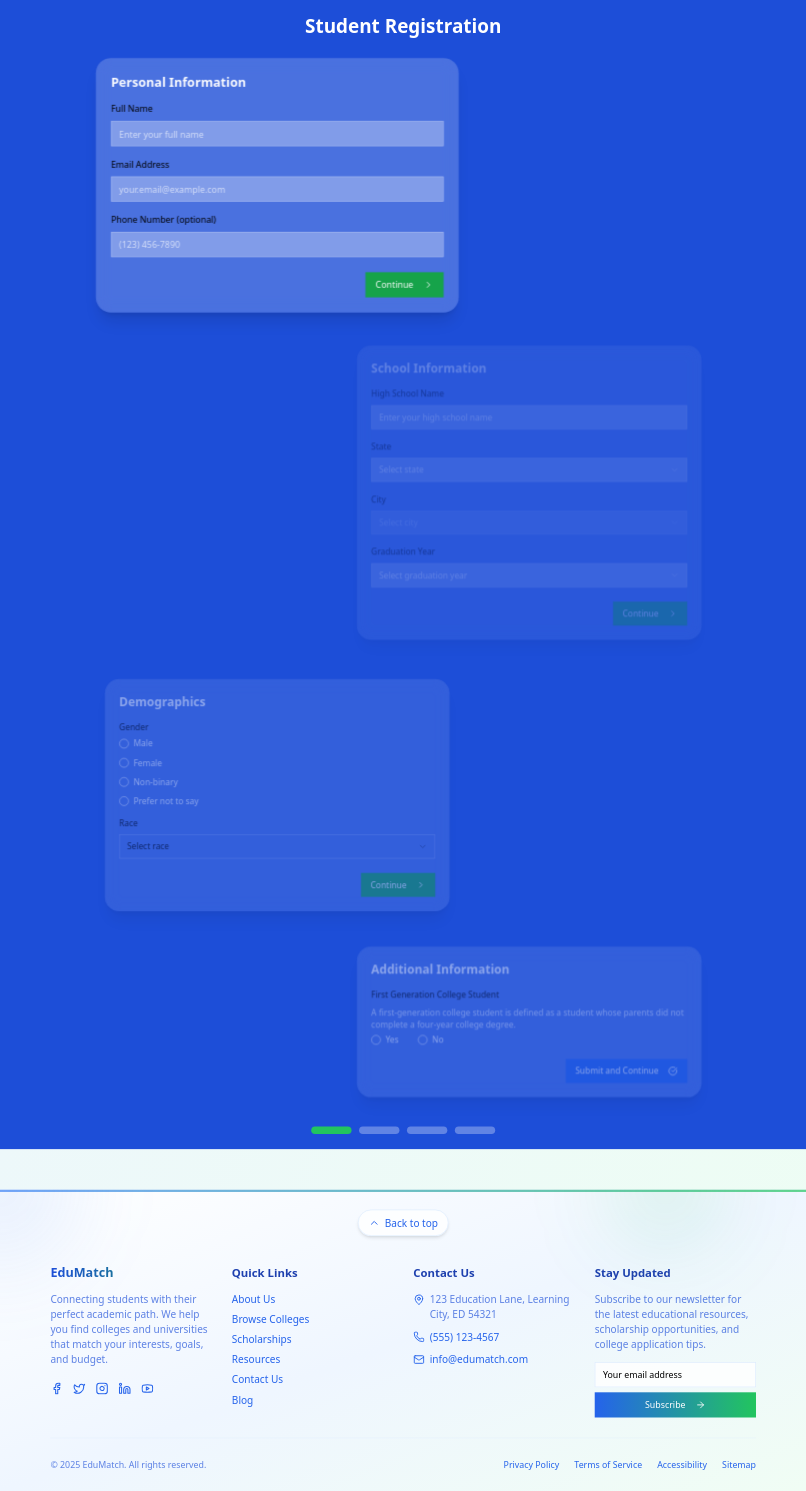
Repository: Kish202/EdTech
Page: /register
The author's editor kept a copy of each file at every save. The page is drawn from the files as they stood at one save, then again after the next save.
The browser window is 1280 px wide. The pictures show the whole page, at 63% of full size.
The project was rebuilt for these pictures with package versions that can differ from the ones it lists, and the page was loaded fresh each time. Also part of the build but not shown: vite.config.js, src/components/sections/Navbar.jsx, src/components/registerforms/RegisterForm.jsx, src/components/sections/Hero.jsx, src/components/sections/Steps.jsx, src/components/ui/avatar.jsx, src/components/sections/Testmonials.jsx, src/components/ui/alert.jsx and 11 more.

Above is the page before, as saved 2025-04-18 18:35:09.

After the next save:
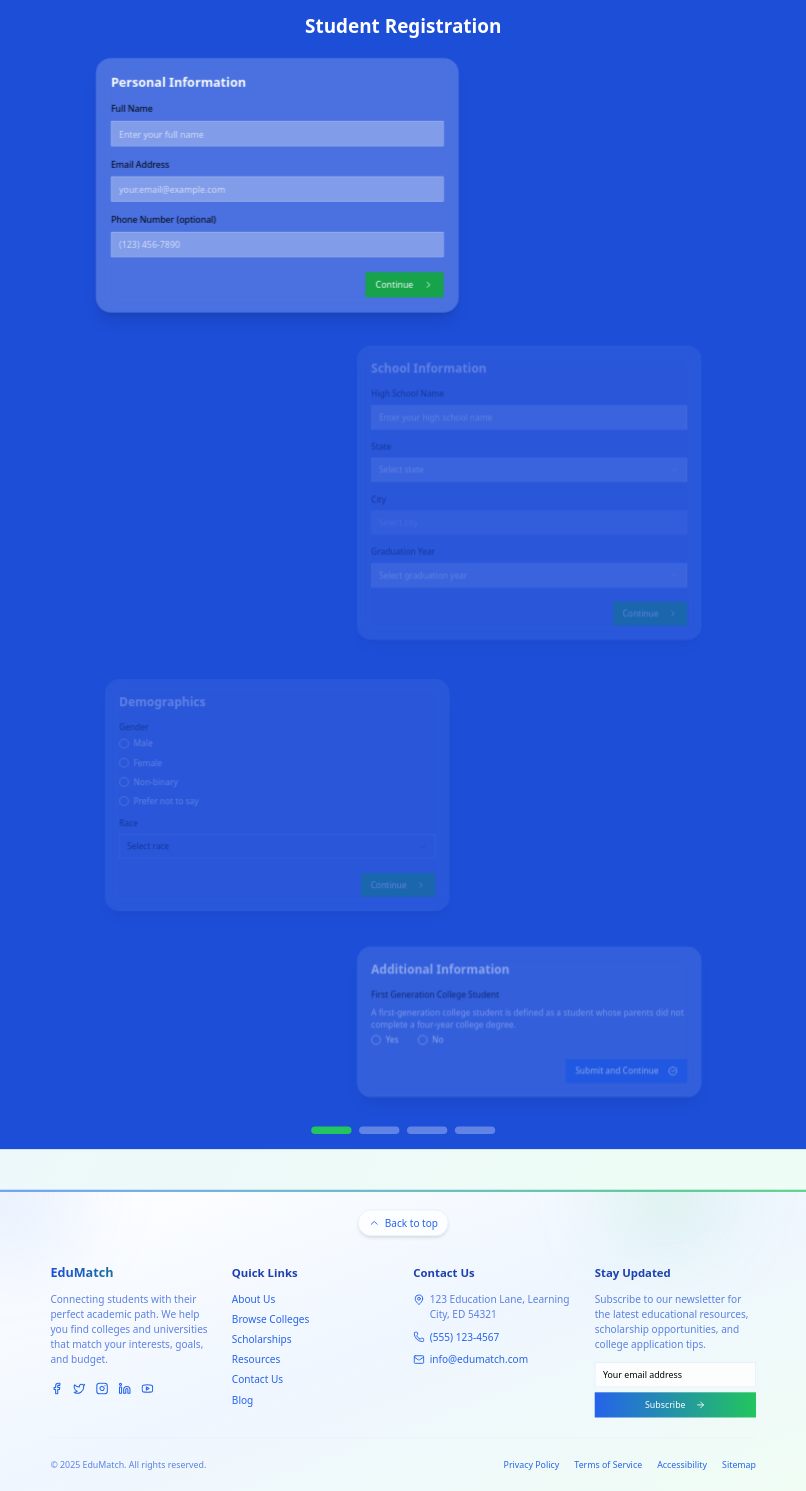
Saved 49 s later.
--- a/src/components/registerforms/Form1.jsx
+++ b/src/components/registerforms/Form1.jsx
@@ -447,7 +447,7 @@ export default function RegistrationForm() {
         {/* Card 3: Demographics - Part 1 */}
         <Card
           ref={cardRefs[2]}
-          className={`bg-white/20 backdrop-blur-md shadow-xl border-0 transition-all duration-300 transform max-w-xl ml-0 md:ml-32 rounded-3xl ${currentCard === 2 ? 'scale-100 opacity-100' : currentCard < 2 ? 'scale-95 opacity-50' : 'scale-95 opacity-70'}`}
+          className={`bg-white/20 backdrop-blur-md shadow-xl border-0 transition-all duration-300 transform max-w-xl ml-0 md:ml-32 rounded-3xl ${currentCard === 2 ? 'scale-100 opacity-100' : currentCard < 2 ? 'scale-95 opacity-30' : 'scale-95 opacity-70'}`}
         >
           <CardContent className="pt-6">
             <h2 className="text-xl font-semibold mb-4 text-white">Demographics</h2>
